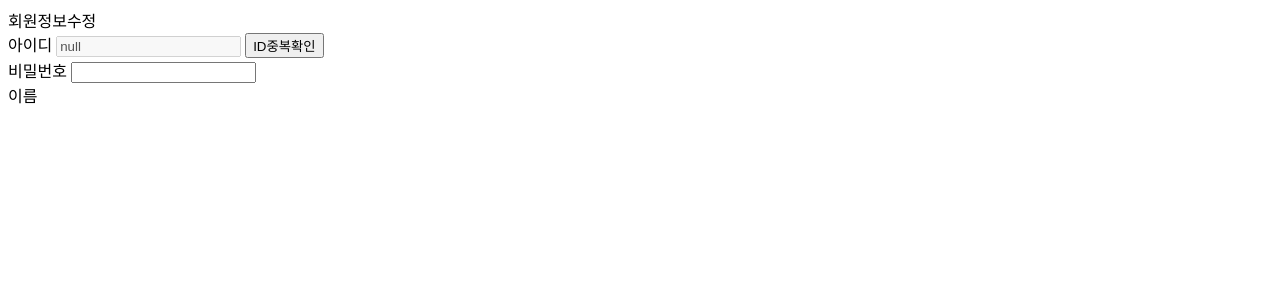
Repository: Tak-kuen/18-2
Page: http://localhost/studyjsp/ch11/modifyForm.jsp
The author's editor kept a copy of each file at every save. The page is drawn from the files as they stood at one save, then again after the next save.
The browser window is 1280 px wide. The pictures show the whole page.
The page is served by Tomcat 9. Queries for data that is not in the repository find no rows.

Above is the page before, as saved 2018-10-31 11:10:13.

After the next save:
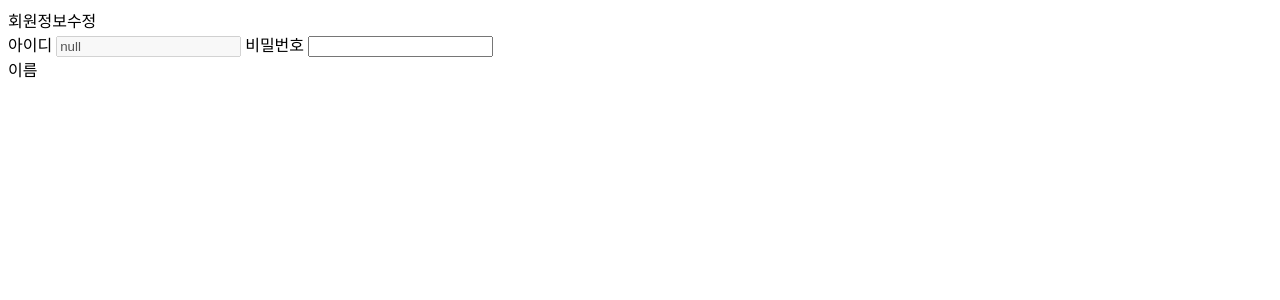
Saved 34 s later.
--- a/code/studyjsp/WebContent/ch11/modifyForm.jsp
+++ b/code/studyjsp/WebContent/ch11/modifyForm.jsp
@@ -24,7 +24,6 @@
 	회원정보수정<br/>
 	<label for="id">아이디</label>
 	<input id="id" name="id" type="email"  value="<%=id %>" readonly disabled>
-	<button id="checkId">ID중복확인</button><br/>
 
 	<label for="passwd">비밀번호</label>
 	<input id="passwd" name="passwd" type="password"><br/>
